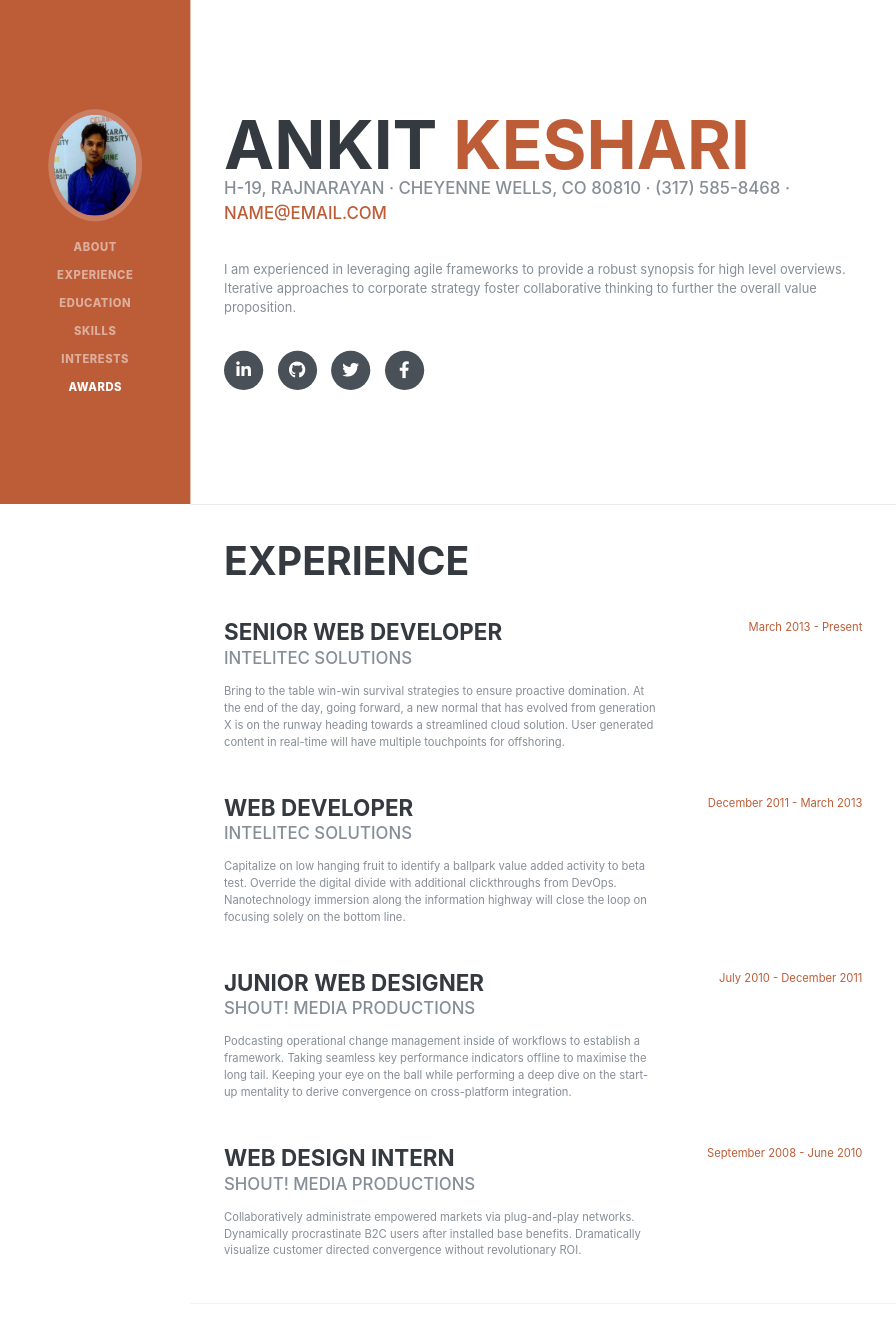
Repository: ankitkeshari719/ankitkeshari719.github.io
Page: index.html
These files come from the project's save history. The page is drawn as it stood at one moment and after a run of saves; the edit follows.
The browser window is 1280 px wide. The pictures show the part of the page from y = 0 to 1920 px (the page is 4746 px tall), at 70% of full size.
Some web fonts or font styles are not loaded; a fallback is used.

Above is the page before, as saved 2020-03-13 15:52:00.

After the next 2 saves:
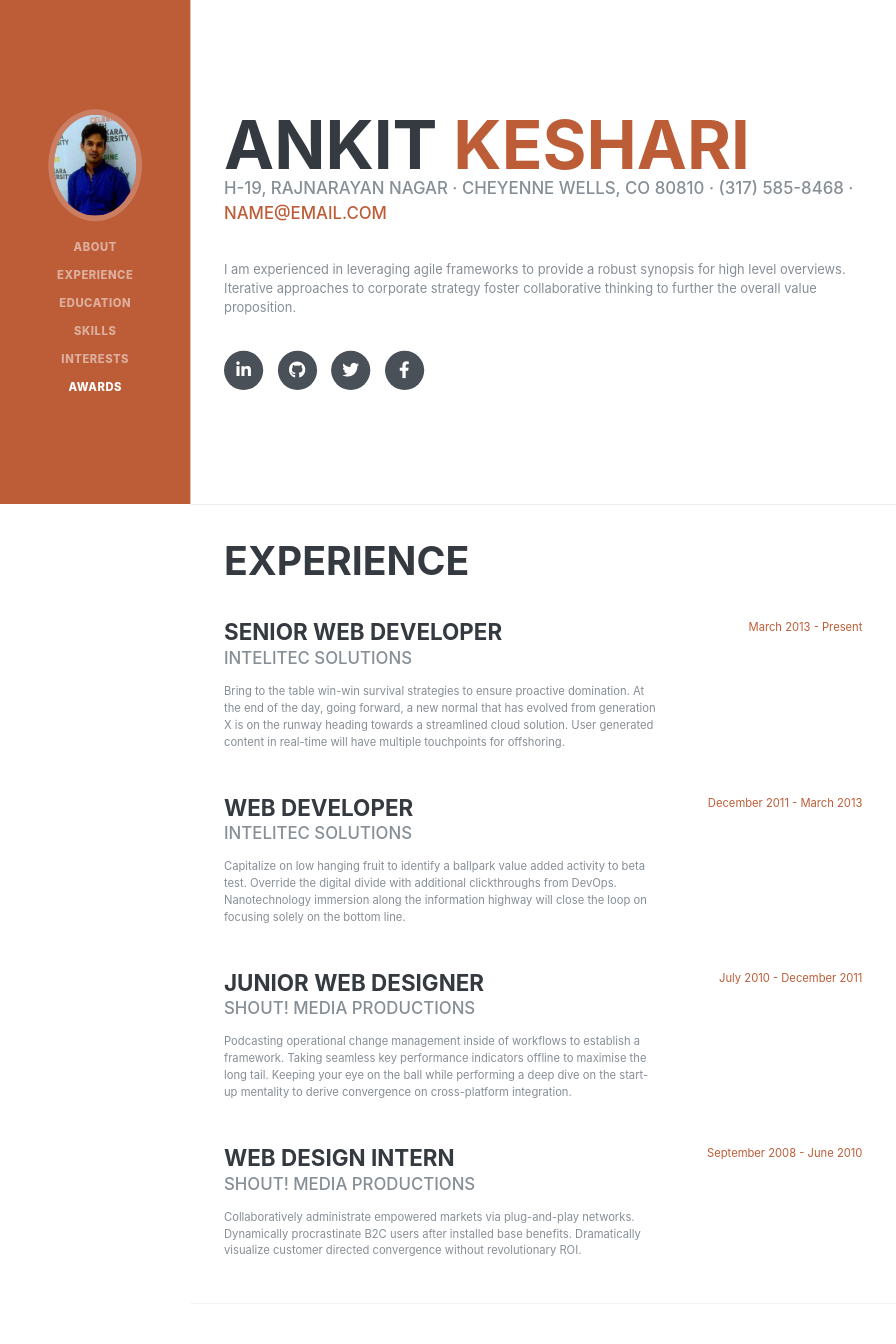
The 2 saves are shown as one change because they came seconds apart.
The last was saved 8 s later.
--- a/index.html
+++ b/index.html
@@ -65,7 +65,7 @@
         <h1 class="mb-0">Ankit
           <span class="text-primary">Keshari</span>
         </h1>
-        <div class="subheading mb-5">H-19, Rajnarayan · Cheyenne Wells, CO 80810 · (317) 585-8468 ·
+        <div class="subheading mb-5">H-19, Rajnarayan Nagar · Cheyenne Wells, CO 80810 · (317) 585-8468 ·
           <a href="mailto:name@email.com">name@email.com</a>
         </div>
         <p class="lead mb-5">I am experienced in leveraging agile frameworks to provide a robust synopsis for high level overviews. Iterative approaches to corporate strategy foster collaborative thinking to further the overall value proposition.</p>
